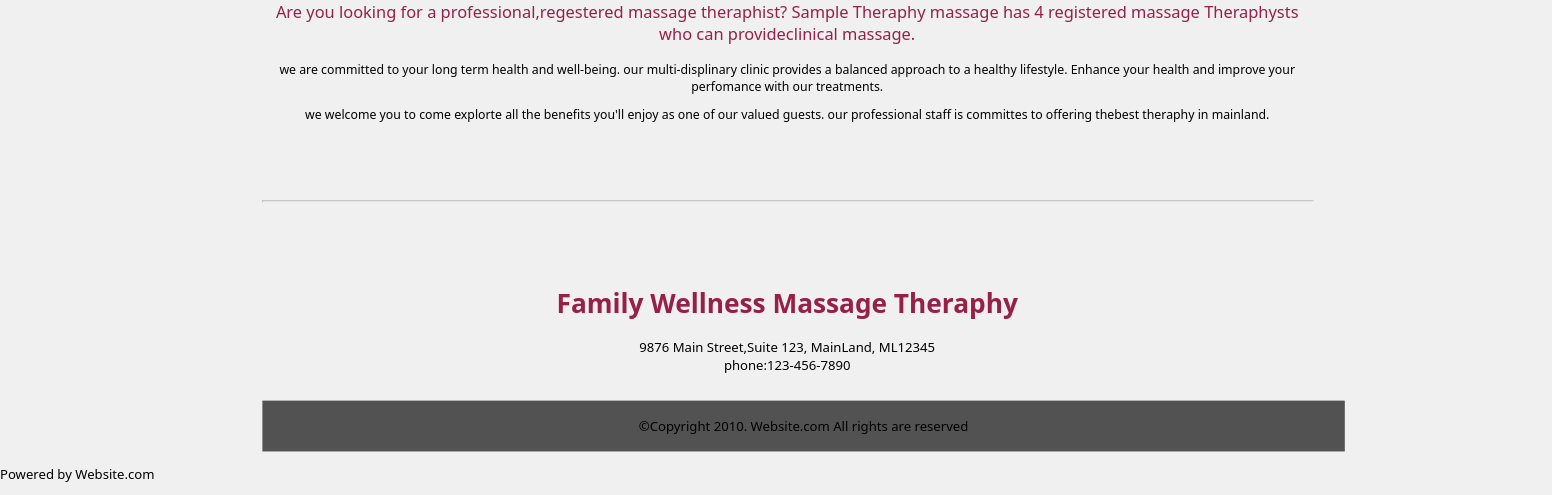
Repository: sriram1224/reactas1.github.io
Page: /
These files come from the project's save history. The page is drawn as it stood at one moment and after the next save; the edit follows.
The browser window is 1280 px wide. The page is 1893 px wide, so the pictures cover 1893 px, including what lies to the right of the window. The pictures show the part of the page from y = 1153 to 1797 px (the page is 1757 px tall before and 1797 px after), at 82% of full size.
Some web fonts or font styles are not loaded; a fallback is used. The project was rebuilt for these pictures with package versions that can differ from the ones it lists, and the page was loaded fresh each time. Also part of the build but not shown: src/App.css.

Above is the page before, as saved 2024-03-05 20:08:30.

### public/index.html
<!DOCTYPE html>
<html lang="en">
  <head>
    <meta charset="utf-8" />

    <meta name="viewport" content="width=device-width, initial-scale=1" />
    <meta name="theme-color" content="#000000" />
    <meta
      name="description"
      content="Web site created using create-react-app"
    />
    <link rel="stylesheet" href="./style.css">

    <title>React App</title>
  </head>
  <body>

    <div id="root"></div>


  </body>
</html>

### src/App.js
import Header from './Components/Header.js'; // Importing the Header component
import './App.css'; // Importing the CSS file for styling
import Nav from './Components/Nav.js'; // Importing the Nav component
import Body from './Components/Body.js'; // Importing the Body component
import Footer from './Components/Footer.js'; // Importing the Footer component

function App() {
  return (
    <div className="App"> {/* Wrapper div with class name 'App' */}
      <Header /> {/* Rendering the Header component */}
      <Nav /> {/* Rendering the Nav component */}
      <Body /> {/* Rendering the Body component */}
      <Footer /> {/* Rendering the Footer component */}
    </div>
  );
}

export default App; // Exporting the App component

### src/Components/Header.js

import "./Header.css";

function Header() {
  return (
    <header className="header">
      <h1>Family Wellness</h1>
      <p>MASSAGE THERAPY</p>

    </header>

  );
}
export default Header;

### src/Components/Nav.js

import Navc from './Nav.css';
function Nav(){
    return (
        <nav className='Nav'>
            <ul>
                <li id='first'>HOME</li>
                <li>ABOUT</li>
                <li>SERVICES</li>
                <li>FAQ</li>
                <li>CONTACT</li>
            </ul>
        </nav>
    )
}
export default Nav;

### src/Components/Body.js

import bodycss from './body.css'
import Carousel from './courosel';

function Card(){
    return(
        <div className="main">
        <div className='card'>
        <h1>Think Health. Think Massage</h1>

        <p>we are  open 9am to 6pm; Monday through Sunday. if you would like to schedule an appointment with us, phone call us at +91 1234567890 today!</p>
        <div className='button-container'>
        <button>LEARN MORE ABOUT US</button>
        <button>CONTACT US TODAY</button></div>

        </div>
        <div className='para'>
        <p className="p1">
        Are you looking for a professional,regestered massage theraphist? Sample Theraphy massage has 4 registered massage Theraphysts who can provideclinical massage.
        </p>
        <p>
        we are committed to your long term health and well-being. our multi-displinary clinic provides a balanced approach to a healthy lifestyle. Enhance your health and improve your perfomance with our treatments.
        </p>
        <p>
        we welcome you to come explorte all the benefits you'll enjoy as one of our valued guests. our professional staff is committes to offering thebest theraphy in mainland.
        </p>
        </div>
        <hr className="hline">
        </hr>
        <div className="main3">
        <h1 className="headings">
        Family Wellness Massage Theraphy
        </h1>
        <p>
        9876 Main Street,Suite 123, MainLand, ML12345<br></br>
        phone:123-456-7890
        </p>
        </div>
        </div>
    );
}


function ControlledCarousel() {
  return (
    <div className='main'>
    <div className='carousel'>
    <Carousel />
    </div>
    <Card />

    </div>
  );
}

export default ControlledCarousel;

### src/Components/Footer.js
import footercss from './Footer.css'
function Footer(){
    return(

        <footer>
        <p className="footer-element1">©Copyright 2010. Website.com All rights are reserved</p>
        <p>Powered by Website.com</p>
        </footer>
    )

}
export default Footer;

### src/Components/Header.css
.header{
    padding-left: 40px;
}

### src/Components/Nav.css

@import url('https://fonts.googleapis.com/css2?family=Noto+Sans:ital,wght@0,100..900;1,100..900&family=Protest+Revolution&display=swap');
body{
    font-family: "Noto Sans", sans-serif;
    margin: 0%;
    padding: 0%;
}
.Nav{
    display: flex;
    justify-content: space-between;
    align-items: center;
    color: white;
    width: 100%;
}
.Nav ul{
    display: flex;

    align-items: center;
    list-style: none;

    width: 96%;
   padding: 20px;
}
.Nav ul li{
    padding: 20px 10rem;

    background-color: rgb(165,161,158);
    text-align: center;
}
#first{
    color: white;
    background-color: rgb(151,32,72);
}

### src/Components/body.css

.button-container{
    display: flex;
    justify-content: center;
    align-items:center;
    padding: 2rem;
    gap: 2rem;

}
.button-container button{
    padding: 10px;
    background-color: Transparent;
    background-repeat:no-repeat;
    border: none;
    cursor:pointer;
    overflow: hidden;
    border:1px solid white;
    color:white;
}

.card{
    display: flex;

    flex-direction: column;
    color:white;
   height: 35rem;
   width: 80rem;
   height: 200px;

   margin-left: 20rem;
   margin-top:30px;
   text-align: center;
    justify-content: center;
    background-color: rgb(151,32,72);


}
.para{
    text-align:center;
    width: 80rem;
    font-size: 15px;
   margin-left: 20rem;

}
.para .p1{
    color:rgb(151,32,72);
    font-size: 20px;

}
.hline{
    width:80rem;
    margin-left: 20rem;
    margin:  5rem 20rem;

}
.main3{
    width:80rem;
    margin-left: 20rem;
    text-align: center;

}
.headings{
    color:rgb(151,32,72)
}
.carousel{
    width:80rem;

    margin-left: 20rem;


}
.main{
    display:flex;
    flex-direction:column;

}

### src/Components/courosel.js
import React from 'react';
import Slider from 'react-slick';
import 'slick-carousel/slick/slick.css';
import 'slick-carousel/slick/slick-theme.css';


const images = [
  'https://i.stack.imgur.com/CJT47.jpg',
  'https://i.stack.imgur.com/capu1.jpg',
  'https://i.stack.imgur.com/zMoo4.jpg',
  'https://i.stack.imgur.com/hOIuY.jpg',
];

const Carousel = () => {
  const settings = {
    dots: true,
    infinite: true,
    speed: 500,
    slidesToShow: 1,
    slidesToScroll: 1,
    autoplay: true,
    autoplaySpeed: 2000,
  };

  return (
    <div>

      <Slider {...settings}>
        {images.map((image, index) => (
          <div key={index}>
            <img src={image} alt={`Slide ${index}`} style={{ height: '40rem',width:'80rem' }} />
          </div>
        ))}
      </Slider>
    </div>
  );
};

export default Carousel;

### src/Components/Footer.css
.footer-element1{

    background-color: #535252;
    color: black;
    width:80rem;
    margin-left: 20rem;
    padding: 20px;
    text-align: center;
}
.footer-element2{
    background-color: #535252;
    color: black;
    width:80rem;
    margin-left: 20rem;
    padding: 20px;
    text-align: center;
}

### public/style.css

@import url('https://fonts.googleapis.com/css2?family=Noto+Sans:ital,wght@0,100..900;1,100..900&family=Protest+Revolution&display=swap');

body{
    background-color: #f0f0f0;
    font-family: "Protest Revolution", sans-serif;
    margin: 0;
    padding: 0;
}

Loaded but not shown: src/index.js (common file); src/index.css (common file); src/reportWebVitals.js (common file)

After the next save:
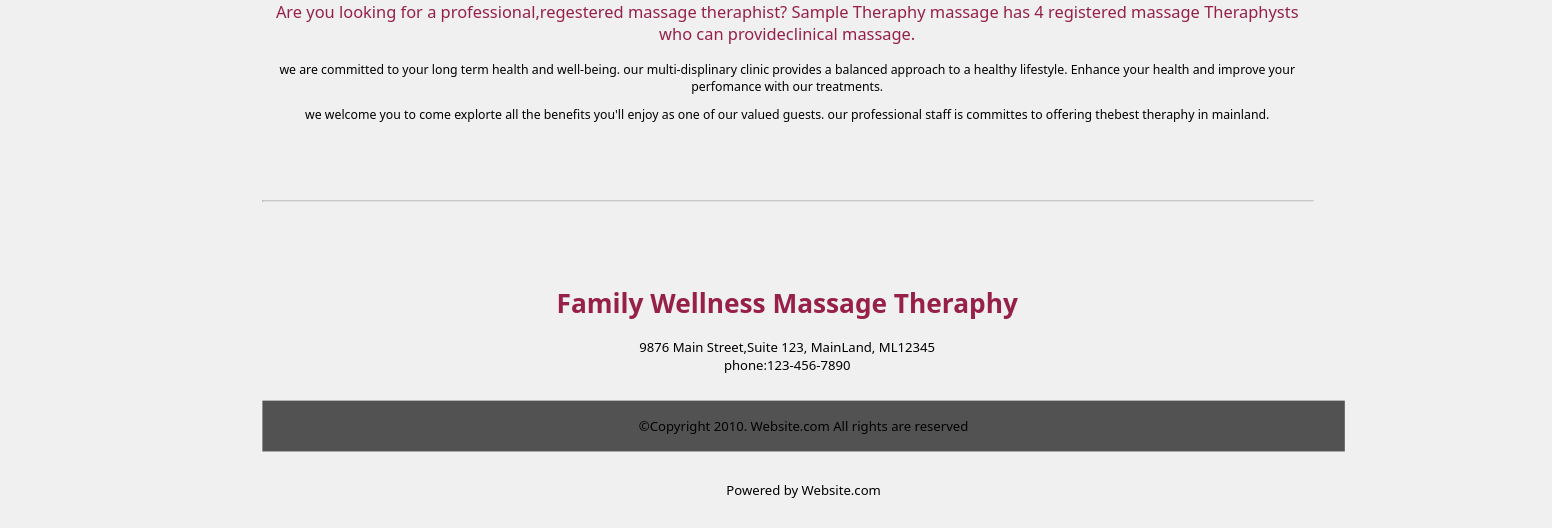
Saved 30 s later.
--- a/src/Components/Footer.js
+++ b/src/Components/Footer.js
@@ -4,7 +4,7 @@ function Footer(){
 
         <footer>
         <p className="footer-element1">©Copyright 2010. Website.com All rights are reserved</p>
-        <p>Powered by Website.com</p>
+        <p className="footer-element2">Powered by Website.com</p>
         </footer>
     )
 
--- a/src/Components/Footer.css
+++ b/src/Components/Footer.css
@@ -8,7 +8,6 @@
     text-align: center;
 }
 .footer-element2{
-    background-color: #535252;
     color: black;
     width:80rem;
     margin-left: 20rem;
